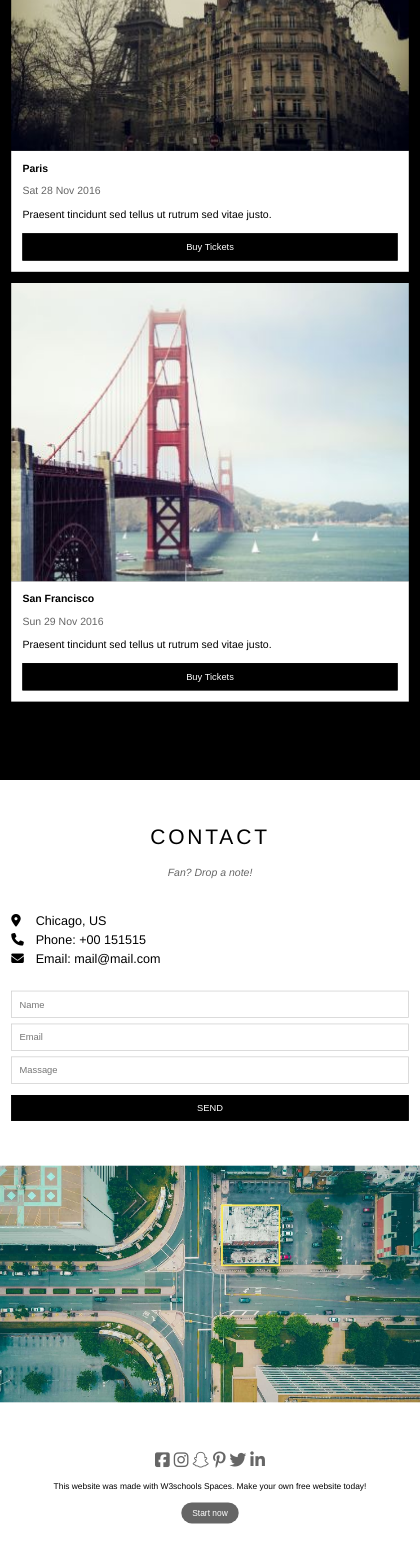
Repository: nugort/nugort.github.io
Page: learing/f8/the-band/index.html
An editor plug-in stored every save of this project. The page is shown before and after the next save, followed by the edit.
The browser window is 600 px wide. The pictures show the part of the page from y = 3246 to 5486 px (the page is 5486 px tall before and 5454 px after), at 70% of full size.
Some web libraries are served in a nearby version.

Above is the page before, as saved 2022-03-07 04:08:25.

### learing/f8/the-band/index.html
<!DOCTYPE html>
<html lang="en">

<head>
    <meta charset="UTF-8">
    <meta http-equiv="X-UA-Compatible" content="IE=edge">
    <meta name="viewport" content="width=device-width, initial-scale=1.0">
    <title>The Band by Nugỏrt</title>
    <script src="https://kit.fontawesome.com/5e3d8c980a.js" crossorigin="anonymous"></script>
    <!-- https://fontawesome.com/kits  nguyendinhtruong10522@gmail.com-->
    <link rel="shortcut icon" href="./assets/img/favicon.jpg" type="image/x-icon">
    <link rel="stylesheet" href="./assets/css/styles.css">
    <link rel="stylesheet" href="./assets/css/responsive.css">
</head>

<body>
    <div id="main">
        <!-- Header -->
        <div id="header">

            <!-- Navigation -->
            <ul id="nav">
                <li>
                    <a href="#">Home</a>
                </li>

                <li>
                    <a href="#band">Band</a>
                </li>

                <li>
                    <a href="#tour">Tour</a>
                </li>

                <li>
                    <a href="#contact">Contact</a>
                </li>

                <li>
                    <a href="#">More <i class="fas fa-caret-down"></i></a>
                    <ul class="subnav">
                        <li>
                            <a href="#">Merchandise</a>
                        </li>

                        <li>
                            <a href="#">Extras</a>
                        </li>

                        <li>
                            <a href="#">Media</a>
                        </li>
                    </ul>
                </li>
            </ul>

            <!-- Search -->
            <div class="nav-search">
                <a href="#"><i class="fas fa-search"></i></a>
            </div>

            <div id="nav-bar-bar" class="nav-bar">
                <a href="#"><i class="fa-solid fa-bars"></i></a>
            </div>
        </div>

        <!-- Slider -->
        <div id="slider">
            <div class="slider-text">
                <h3 class="slider-text-title">
                    Chicago
                </h3>
                <p class="slider-text-dsc">
                    Thank you, Chicago - A night we won't forget.
                </p>
            </div>
        </div>

        <!-- Content -->
        <div id="content">
            <!-- About -->
            <div id="band" class="content-section">
                <h2 class="content-section-title">
                    The Band
                </h2>
                <p class="content-section-slogan">
                    We love music
                </p>
                <p class="about-content-section content">We have created a fictional band website. Lorem ipsum dolor sit
                    amet, consectetur adipiscing elit, sed do eiusmod tempor incididunt ut labore et dolore magna
                    aliqua. Ut enim ad minim veniam, quis nostrud exercitation ullamco laboris nisi ut aliquip ex ea
                    commodo consequat. Duis aute irure dolor in reprehenderit in voluptate velit esse cillum dolore eu
                    fugiat nulla pariatur. Excepteur sint occaecat cupidatat non proident, sunt in culpa qui officia
                    deserunt mollit anim id est laborum consectetur adipiscing elit, sed do eiusmod tempor incididunt ut
                    labore et dolore magna aliqua. Ut enim ad minim veniam, quis nostrud exercitation ullamco laboris
                    nisi ut aliquip ex ea commodo consequat.</p>
                <div class="row band-members">
                    <div class="col three-cols s-one-col text-center mt-32">
                        <p class="member-name">Name</p>
                        <img src="./assets/img/band-members/bandmember.jpg" alt="Name" class="member-avt">
                    </div>

                    <div class="col three-cols s-one-col text-center mt-32">
                        <p class="member-name">Name</p>
                        <img src="./assets/img/band-members/bandmember.jpg" alt="Name" class="member-avt">
                    </div>

                    <div class="col three-cols s-one-col text-center mt-32">
                        <p class="member-name">Name</p>
                        <img src="./assets/img/band-members/bandmember.jpg" alt="Name" class="member-avt">
                    </div>
                </div>
            </div>

            <!-- Tour -->
            <div id="tour" class="tour-section">
                <div class="content-section text-white">
                    <h2 class="content-section-title text-white">
                        TOUR DATES
                    </h2>
                    <p class="content-section-slogan">
                        Remember to book your tickets!
                    </p>

                    <!-- Tickets -->
                    <ul class="tickets-list">
                        <li>September <span class="sold-out">Sold out</span></li>
                        <li>October <span class="sold-out">Sold out</span></li>
                        <div class="clear"></div>
                        <li>November <span class="tickets-left">3</span></li>
                    </ul>

                    <!-- Tour places -->
                    <div class="tour-places row">
                        <div class="col three-cols s-one-col mt-16">
                            <img src="./assets/img/tour-places/newyork.jpg" alt="New York" class="place-img">
                            <div class="place-body">
                                <h3 class="place-body-title">New York</h3>
                                <p class="place-time">Fri 27 Nov 2016</p>
                                <p class="place-content">Praesent tincidunt sed tellus ut rutrum sed vitae justo.</p>
                                <button class="place-buy-btn js-buy-tickets s-full-witdh">Buy Tickets</button>
                            </div>
                        </div>

                        <div class="col three-cols s-one-col mt-16">
                            <img src="./assets/img/tour-places/paris.jpg" alt="Paris" class="place-img">
                            <div class="place-body">
                                <h3 class="place-body-title">Paris</h3>
                                <p class="place-time">Sat 28 Nov 2016</p>
                                <p class="place-content">Praesent tincidunt sed tellus ut rutrum sed vitae justo.</p>
                                <button class="place-buy-btn js-buy-tickets s-full-witdh">Buy Tickets</button>
                            </div>
                        </div>

                        <div class="col three-cols s-one-col mt-16">
                            <img src="./assets/img/tour-places/sanfran.jpg" alt="San Francisco" class="place-img">
                            <div class="place-body">
                                <h3 class="place-body-title">San Francisco</h3>
                                <p class="place-time">Sun 29 Nov 2016</p>
                                <p class="place-content">Praesent tincidunt sed tellus ut rutrum sed vitae justo.</p>
                                <button class="place-buy-btn js-buy-tickets s-full-witdh">Buy Tickets</button>
                            </div>
                        </div>
                    </div>
                </div>
            </div>

            <!-- Contact -->
            <div id="contact" class="content-section">
                <h2 class="content-section-title">
                    CONTACT
                </h2>
                <p class="content-section-slogan">
                    Fan? Drop a note!
                </p>
                <div class="row contact-form">
                    <div class="col two-cols s-one-col contact-form-infor">
                        <p>
                            <i class="fa-solid fa-location-dot"></i>
                            Chicago, US
                        </p>
                        <p>
                            <i class="fa-solid fa-phone"></i>
                            Phone: +00 151515
                        </p>
                        <p>
                            <i class="fa-solid fa-envelope"></i>
                            Email: mail@mail.com
                        </p>
                    </div>

                    <div class="col two-cols s-one-col s-mt-32">
                        <form action="">
                            <div class="row">
                                <div class="col two-cols s-one-col">
                                    <input type="text" name="" placeholder="Name" class="form-control" required>
                                </div>
                                <div class="col two-cols s-one-col s-mt-8">
                                    <input type="email" name="" placeholder="Email" class="form-control" required>
                                </div>
                            </div>

                            <div class="row">
                                <div class="col one-col mt-8">
                                    <input type="text" name="" placeholder="Massage" class="form-control" required>
                                </div>
                            </div>

                            <input type="submit" value="SEND" class="contact-form-submit s-full-witdh mt-16">
                        </form>
                    </div>
                </div>
            </div>

            <div class="map-section">
                <img src="./assets/img/maps/map.jpg" alt="map">
            </div>
        </div>

        <div id="footer">
            <div class="social-network">
                <a href=""><i class="fa-brands fa-facebook-square"></i></a>
                <a href=""><i class="fa-brands fa-instagram"></i></a>
                <a href=""><i class="fa-brands fa-snapchat"></i></a>
                <a href=""><i class="fa-brands fa-pinterest-p"></i></a>
                <a href=""><i class="fa-brands fa-twitter"></i></a>
                <a href=""><i class="fa-brands fa-linkedin-in"></i></a>
            </div>

            <p class="copyright mt-16">This website was made with W3schools Spaces. Make your own free website today!
            </p>

            <button class="last-btn mt-16">Start now</button>
        </div>
    </div>

    <div class="modal  js-modal">
        <div class="modal-container js-modal-container">
            <modal class="close js-modal-close">
                <i class="modal-heading-close fa-solid fa-xmark"></i>
            </modal>

            <header class="modal-header">
                <i class="modal-heading-bag fa-solid fa-suitcase"></i>
                Tickets
            </header>

            <div class="modal-body">
                <label for="modal-tickets-quantity" class="modal-label">
                    <i class="fa-solid fa-cart-shopping"></i>
                    Tickets, 15$ per person
                </label>
                <input id="modal-tickets-quantity" type="text" class="modal-input" placeholder="How many ?" required>

                <label for="modal-tickets-email" class="modal-label">
                    <i class="fa-solid fa-user"></i>
                    Send To
                </label>
                <input id="modal-tickets-email" type="email" class="modal-input" placeholder="Enter email" required>

                <button id="buy-tickets">
                    Pay <i class="fa-solid fa-check"></i>
                </button>
            </div>

            <div class="modal-footer">
                <p class="modal-help">
                    Need <a href="#">help?</a>
                </p>
            </div>
        </div>
    </div>

    <script>
        const buyBtns = document.querySelectorAll('.js-buy-tickets')
        const modal = document.querySelector('.modal')
        const modalClose = document.querySelector('.js-modal-close')
        const modalContainer = document.querySelector('.js-modal-container')

        //hàm hiển thị form mua vé
        function showBuyTickets() {
            modal.classList.add('open')
        }

        //hàm ẩn form mua vé
        function hideBuyTickets() {
            modal.classList.remove('open')
        }

        //lặp qua từng thẻ button và nghe hành vi click
        for (const buyBtn of buyBtns) {
            buyBtn.addEventListener('click', showBuyTickets)
        }

        //nghe hành vi click vào button close
        modalClose.addEventListener('click', hideBuyTickets)

        modal.addEventListener('click', hideBuyTickets)

        //ngăn chặn hành vi nổi bọt (khi click vào khoảng không để đóng form và thứ k mong muốn)
        modalContainer.addEventListener('click', function (event) {
            event.stopPropagation()
        })
    </script>

    <script>
        // Đóng mở menu mobile
        var header = document.getElementById('header');
        var navBar = document.getElementById('nav-bar-bar');
        var headerHeight = header.clientHeight;

        navBar.onclick = function () {
            event.preventDefault();
            var isClosed = header.clientHeight === headerHeight;
            if (isClosed) {
                header.style.height = 'auto';
            } else {
                header.style.height = null;
            }
        }
    </script>

    <script>
        // Đóng menu mobile sau khi đã chọn chức năng
        var menuItems = document.querySelectorAll('#nav li a[href*="#"]');
        for (var i = 0; i < menuItems.length; i++) {
            var menuItem = menuItems[i];

            menuItem.onclick = function () {
                var isParentMenu = this.nextElementSibling && this.nextElementSibling.classList.contains('subnav');
                if (isParentMenu) {
                    event.preventDefault();
                } else {
                    header.style.height = null;
                }

            }
        }
    </script>
</body>

</html>

### learing/f8/the-band/assets/css/styles.css
/* 3 kiểu dùng css
- inline (phèn)
- internal (cũng phèn)
-external (đúng đúng đúng) */

/* Các đơn vị hay dùng
* Absolute units
- px
- pt
- cm
- mm
- inch
- picture

* Relative units
- %
- rem (bằng kích cỡ chữ của thẻ html - mặc định là 16px)
- em  (bằng kích cỡ chữ của thẻ cha chứa nó gần nhất có set font-size)
- vw (chiều rộng bằng chiều ngang của màn hình hiển thị)
- vh (chiều cao bằng chiều dọc của màn hình hiển thị) */

/* Hàm trong css
- var(): gọi biến vào
- linearGradient()
- rgba()
- rgb
- calc(): tính toán
- attr() */

/* Pseudo-classes (lớp giả) */

:root {
    --text-color: #FFFFFF;
    --background-color: #00171F;
    --button-color: #003459;
    --other-color: #007EA7;
    --button-2nd-color: #00A8E8;
    --nav-heigh: 46px;
}  /* Đặt biến giống trong ngôn ngữ lập trình khác thôi =))) */

* {
    box-sizing: border-box;
    margin: 0;
    padding: 0;
} /* reset css */

html {
    font-family: Helvetica, sans-serif;
    font-size: 20px;
    scroll-behavior: smooth;
}
/*
Chọn cùng lúc nhiều Class, ID đưa qua css
Bôi đen điểm chung -> CTRL +  SHIFT + L -> Mũi tên qua phải ( > ) -> CTRL + SHIFT + ( > ) -> CTRL + C
-> Qua file css paste -> ALT + CLICK  -> # -> CTRL + ( > ) -> {}
 */

/*
1. Làm từ ngoài vào trong
2. Làm từ trên xuống dưới
3. Từ tổng quan đến chi tiết
*/

/*
1. Vị trí (Vị trí các phần; Header, Content, ...)
2. Kích thước
3. Màu sắc
4. Styles (Fonts chữ, tròn, vuông, ...)
*/

/*
Chiếc web này gồm
1. Header (Done)
    1.1. Navigation (Done)
    1.2. Search button  (Done)
2. Slider (Done)
3. Content
    3.1. About
    3.2. Tour
    3.3. Contact
    3.4. Img
4. Footer
*/

/* Common */
.row {
    margin-left: -8px;
    margin-right: -8px;
}

.row::after{
    content: "";
    display: block;
    clear: both;
}

.col{
    float: left;
    padding-left: 8px;
    padding-right: 8px;
}

.one-col {
    width: 100%;
}

.two-cols {
    width: 50%;
}

.three-cols {
    width: calc(100% / 3);
}

.clear {
    content: " ";
    clear: both;
}

.text-white {
    color: #FFF !important;
}

.text-center {
    text-align: center !important;
}

.mt-8 {
    margin-top: 8px;
}

.mt-16 {
    margin-top: 16px;
}

.mt-32 {
    margin-top: 32px;
}

/* Main */
#main{
    /* overflow: hidden; lấp đầy khoảng trắng do phần tử con tạo ra */
}

#header{
    position: fixed;
    top: 0px;
    left: 0px;
    right: 0px;
    background-color: black;
    height: var(--nav-heigh);
    z-index: 1;
}

#nav {
    display: inline-block;
}

#nav, .subnav {
    list-style-type: none;
}

#nav > li {
    display: inline-block;
}

#nav  li {
    position: relative;
}

#nav > li > a {
    color: #FFFFFF;
    text-transform: uppercase;
}

#nav li a {
    text-decoration: none;
    line-height: var(--nav-heigh);
    padding: 0px 24px;
    /* padding: 12px 24px; */
}

#nav > li:hover .subnav {
    display: block;
}

#nav > li:hover > a {
    display: inline-block;
    color: #000;
    background-color: #CCC;
}

#nav .subnav {
    display: none;
    position: absolute;
    top: 100%;
    left: 0px;
    background-color: #FFF;
    color: #000;
    box-shadow: 0 0 10px rgba(0, 0, 0, 0.3);
}

#nav .subnav a {
    display: block;
    color: #000;
    min-width: 160px;
    padding: 0px 12px;
    line-height: 38px ;
}

#nav .subnav li:hover a {
    color: #000;
    background-color: #CCC;
}

#header .nav-bar {
    display: none;
}

#header .nav-bar,
#header .nav-search {
    float: right;
    line-height: var(--nav-heigh);
    padding: 0px 16px ;
}

#header .nav-search {
    display: inline-block;
}

#header .nav-bar a,
#header .nav-search a {
    color: #FFF;
}

#header .nav-bar:hover {
    background-color: #CCC;
}

#header .nav-bar:hover a {
    color: #000;
}

#header .nav-search:hover {
    background-color: #F44336 !important;
    cursor: pointer;
}


/* Slider */
#slider {
    /* background-color: #CCC;
    height: 1000px; */
    position: relative;
    margin-top: var(--nav-heigh);
    padding-top: 50%;
    background: url('/the-band/assets/img/slider-1/chicago.jpg') top center / cover, no-repeat;
    /* https://youtu.be/BmkVXoKoqVA?t=640 */
}

#slider .slider-text{
    color: #FFF;
    position: absolute;
    bottom: 48px;
    /* left: 50%;
    transform: translateX(-50%); */

    /* left: 0px;
    right: 0px; */

    width: 100%;
    text-align: center;
}

#slider .slider-text-title{
    font-size: 220%;
    font-weight: 500;
    font-style: 24px;
    margin-bottom: 25px;
}

#slider .slider-text-dsc{
    font-style: 15px;
}



/* Content */
#content {

}

#content .content-section {
    width: 800px;
    max-width: 100%; /*tablet responsive*/
    margin: auto;
    padding: 64px 0px;
    padding-left: 16px;
    padding-right: 16px; /*tablet responsive*/
}

#content .content-section-title {
    font-weight: 500;
    font-size: 30px;
    text-transform: uppercase;
    letter-spacing: 4px;

}

#content .content-section-slogan {
    font-style: italic;
    font-size: 15px;
    margin-top: 25px;
    opacity: 0.6;
}

#content .about-content-section.content {
    font-size: 15px;
    margin-top: 25px;
    text-align: justify;
    line-height: 1.5;
}

#content .content-section-title,
#content .content-section-slogan {
    text-align: center;
}

#content .band-members{
    margin-top: 48px;
}

#content .member-name {
    font-size: 15px;
}

#content .member-avt {
    margin-top: 15px;
    width: 154px;
    border-radius: 4px;
}

/* Tour */
.tour-section {
    background-color: #000;
}

.tickets-list {
    margin-top: 40px;
    color: #000;
    background-color: #FFF;
}

.tickets-list li {
    list-style: none;
    color: #757575;
    font: 15px;
    padding: 11px 16px;
    border-bottom: 1px solid #DDD;
}

.tickets-list .sold-out {
    float: right;
    color: #FFF;
    background-color: #F44336;
    padding: 3px 8px;

}

.tickets-list .tickets-left {
    float: right;
    color: #FFF;
    background-color: #000;
    border-radius: 50%;
    width: 24px;
    height: 24px;
    text-align: center;
    line-height: 24px;
}

.tour-places {
    margin-top: 32px;
    margin-bottom: 48px;
}


/* Place */
.place-img {
    width: 100%;
    display: block;
}

.place-body {
    background-color: #FFF;
    color: #000;
    font-size: 15px;
    padding: 16px;
}

.place-body-title {
    font-size: 15px;
}

.place-time {
    margin-top: 15px;
    opacity: 0.6;
}

.place-content {
    margin-top: 15px;
    line-height: 1.5;
}

.place-buy-btn {
    display: inline-block;
    color: #FFF;
    background-color: #000;
    text-decoration: none;
    padding: 11px 16px;
    margin-top: 15px;
    border: 1px solid #000;
    text-align: center;
}

.place-buy-btn:hover {
    color: #000;
    background-color: #CCC;
}

/* Contact form */
.contact-form {
    margin-top: 48px;
}

.contact-form-infor {
    font-size: 18px;
    line-height: 1.5;
}

.contact-form-infor i[class*="fa-solid"] {
width: 30px;
display: inline-block;
}

.contact-form .form-control {
    padding: 11px;
    border: solid 1px #CCC;
    width: 100%;
    outline: none;
}

.contact-form .contact-form-submit {
    background-color: #000;
    color: #FFF;
    border: solid 1px #000;
    padding: 10px 16px ;
    float: right;
    cursor: pointer;
}

.contact-form .contact-form-submit:hover {
    background: #CCC;
    color: #000;
}

/* map */
.map-section img {
    width: 100%;
}

/* Footer */
#footer {
    padding: 64px 16px;
    text-align: center;
}

#footer .social-network a {
    font-size: 24px;
    color: #666;
    cursor: pointer;
}

#footer .social-network a:hover {
    opacity: 0.81;
}

#footer .copyright {
    font-size: 12px;
}

#footer .last-btn {
    border-radius: 32px;
    padding: 8px 16px;
    font-size: 12px;
    border: none;
    color:#FFF;
    background: #666;
}

#footer .last-btn:hover {
    color: #666;
    background: #CCC;
}

/* Modal */
.modal {
    position: fixed;
    top: 0;
    right: 0;
    bottom: 0;
    left: 0;
    background: rgba(0, 0, 0, 0.4);
    display: flex;
    align-items: center;
    justify-content: center;
    display: none;
}

.modal.open {
    display: flex;
}

.modal-container {
    background: #FFF;
    width: 900px;
    max-width: calc(100% - 32px);
    min-height: 200px;
    position: relative;
    animation: modalFadeIn ease 0.4s;
}

.modal-header {
    background-color: #009688;
    color: #FFF;
    height: 130px;
    display: flex;
    align-items: center;
    justify-content: center;
    font-size: 30px;
}

.modal-heading-close {
    position: absolute;
    right: 0;
    top: 0;
    padding: 12px;
    cursor: pointer;
    opacity: 0.81;
    color: #FFF
}

.modal-heading-close:hover {
    background-color: rgba(255, 255, 255, 0.81);
    opacity: 1;
    color: #009688;
}

.modal-heading-bag {
    margin-right: 16px;
}

.modal-body {
    padding: 16px;
}

.modal-label {
    display: block;
    font-size: 15px;
    margin-bottom: 9px;
}

.modal-input {
    font-size: 15px;
    padding: 10px;
    width: 100%;
    border: 1px solid #CCC;
    margin-bottom: 27px;
}

#buy-tickets {
    width: 100%;
    border: solid 1px #CCC;
    color: #FFF;
    background-color: #009688;
    text-transform: uppercase;
    font-size: 15px;
    padding: 18px;
    cursor: pointer;
}

#buy-tickets:hover {
    color:#009688;
    background-color:  #FFF;
}

.modal-footer {
    padding: 16px;
    text-align: right;
}

.modal-footer a {
    text-decoration: none;
    color: #00A8E8;
}

@keyframes modalFadeIn {
    from {
        opacity: 0;
        transform: translateY(-100px);
    }
    to {
        opacity: 1;
        transform: translateY(0px);

    }
}

### learing/f8/the-band/assets/css/responsive.css
/*
    PC: >= 1024px
    Tablet: >= 740px & < 1024px
    Mobile: < 740px
*/

/* PC */
/* @media (min-width: 1024) {

} */

/* Tablet */
/* @media (max-width: 1023px) and (min-width: 741px) {

} */

/* Mobile */
@media (max-width: 740px) {
    .s-full-witdh,
    .s-one-col {
        width: 100% !important;
    }


    .s-mt-32 {
        margin-top: 32px;
    }

    .s-mt-8 {
        margin-top: 8px !important;
    }

    #header {
        overflow: hidden;
    }

    #header .nav-search {
        display: none;
    }

    #header .nav-bar {
        display: inline-block;
        position: absolute;
        top: 0;
        right: 0;
    }

    #nav {
        display: block
    }

    #nav > li {
        display: block;
    }

    #nav > li:first-child {
        display: inline-block;
    }

    #nav > li  a{
        display: block;
        padding: 1px 24px;
    }

    #nav .subnav {
        position: initial;
        background:#333;
    }

    #nav .subnav a {
        color: #fff;
        padding: 5px 41px;
    }

    #content .s-one-col  {
        /* margin-top: 30px; */
        width: 100%;
    }

    #content .member-avt {
        width: 60%;
    }
}

After the next save:
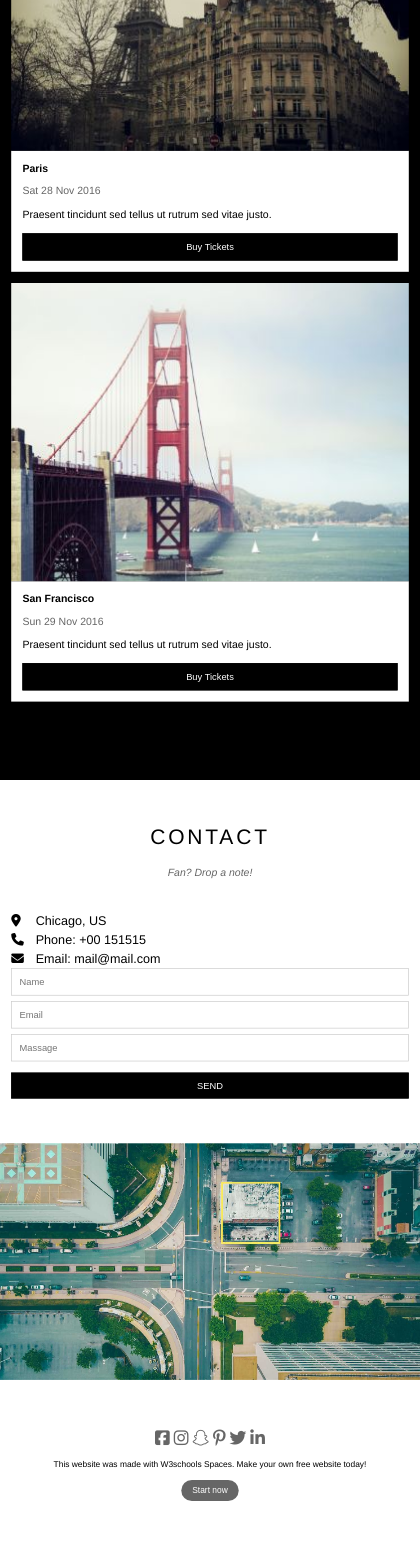
Saved 33 s later.
--- a/learing/f8/the-band/assets/css/responsive.css
+++ b/learing/f8/the-band/assets/css/responsive.css
@@ -22,8 +22,8 @@
     }
 
 
-    .s-mt-32 {
-        margin-top: 32px;
+    .s-mt-16 {
+        margin-top: 16px;
     }
 
     .s-mt-8 {
